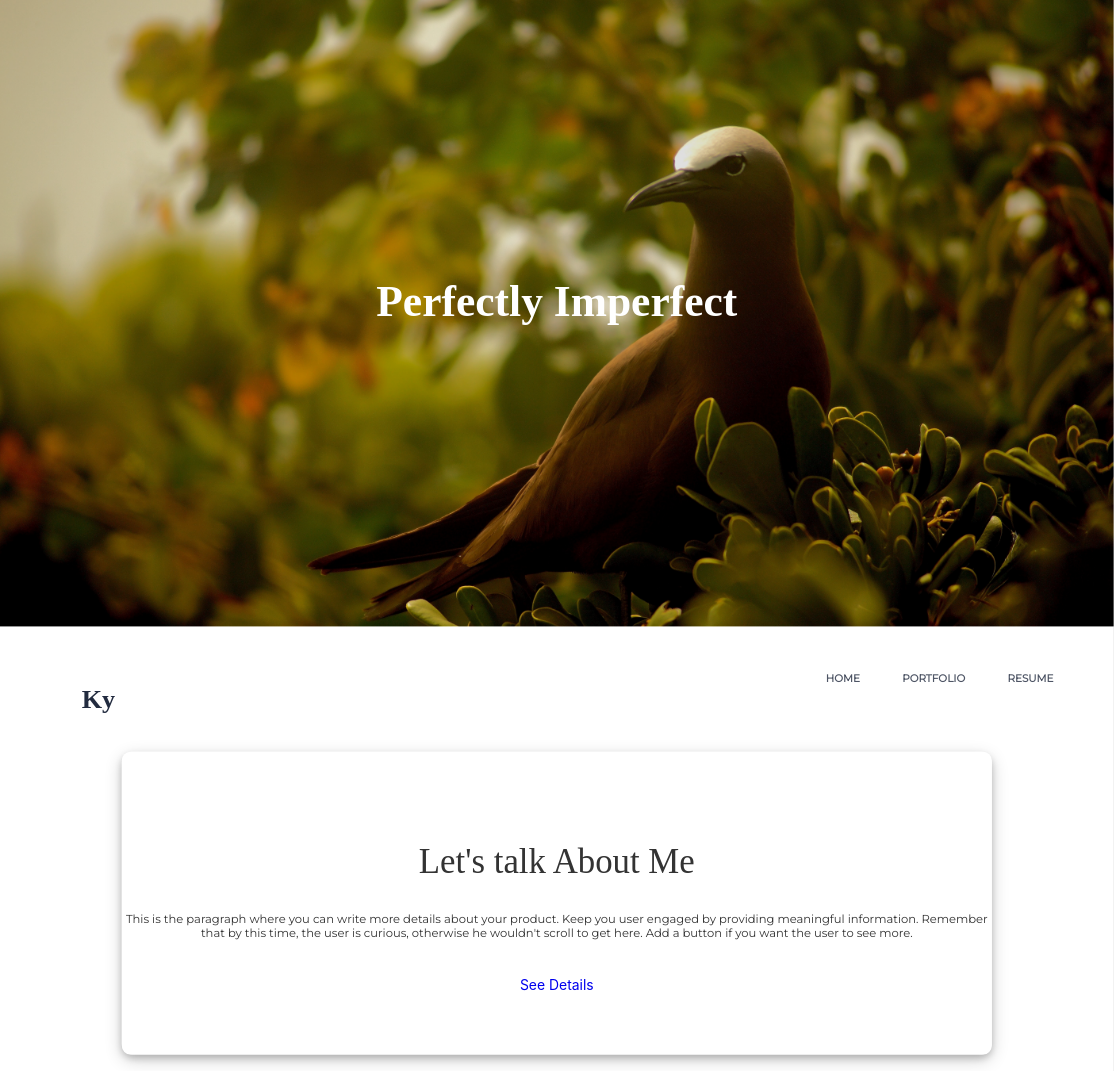
Repository: kkyler24/Perfectly-Imperfect
Page: / (app in imperfect/)
An editor plug-in stored every save of this project. The page is shown before and after the next save, followed by the edit.
The browser window is 1280 px wide. The pictures show the whole page, at 87% of full size.
Backgrounds fixed to the window are drawn as part of the page. Some web fonts or font styles are not loaded; a fallback is used. The project was rebuilt for these pictures with package versions that can differ from the ones it lists, and the page was loaded fresh each time.

Above is the page before, as saved 2020-08-06 12:45:32.

After the next save:
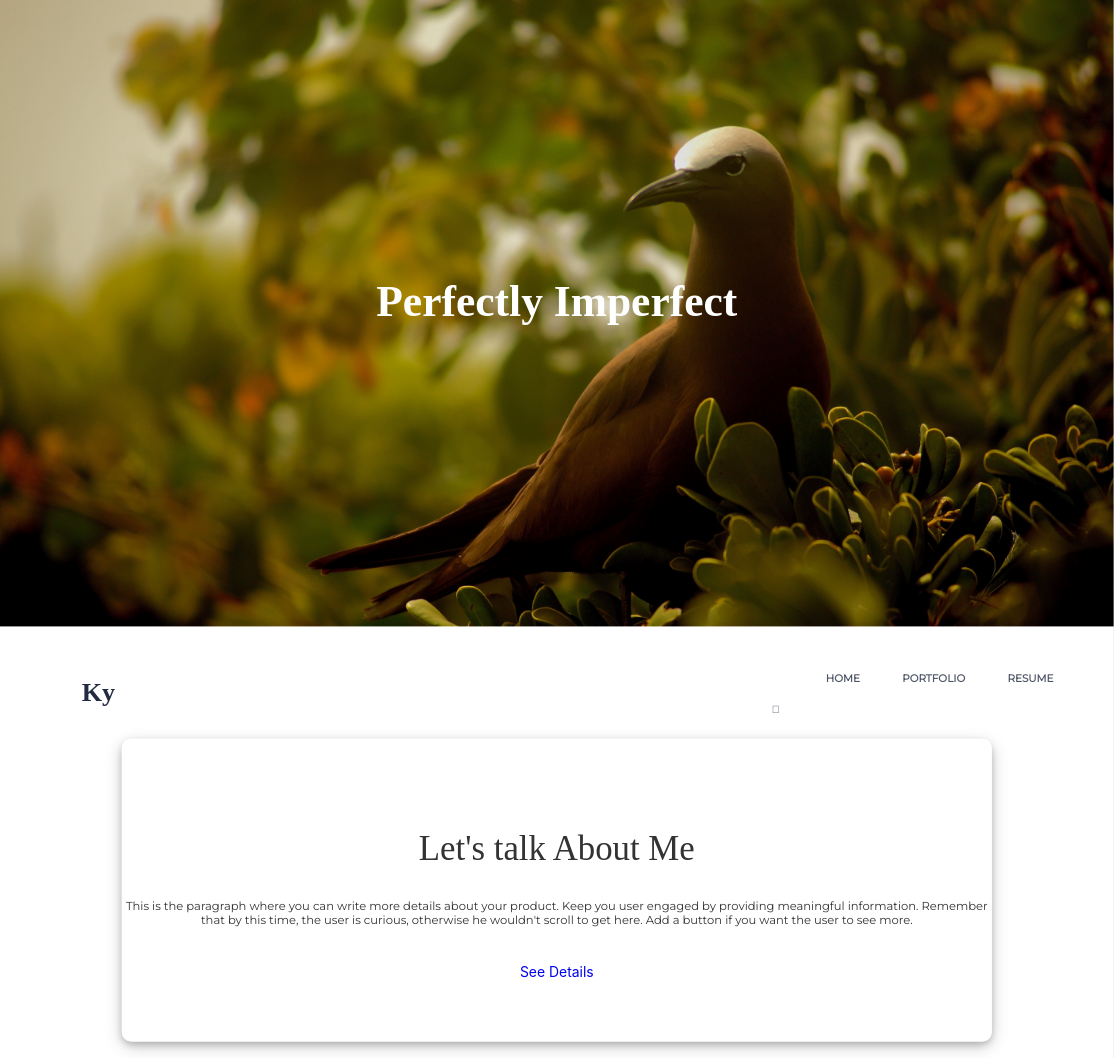
Saved 18 s later.
--- a/imperfect/src/Components/navbarComponent/navbar.css
+++ b/imperfect/src/Components/navbarComponent/navbar.css
@@ -180,11 +180,11 @@ ul {
   width: 18px;
   text-align: center;
 }
-.fa {
+/* .fa {
   display: inline-block;
   font: normal normal normal 14px/1 FontAwesome;
   text-rendering: auto;
-  -webkit-font-smoothing: antialiased;
+  -webkit-font-smoothing: antialiased; */
 }
 
 .fa {
